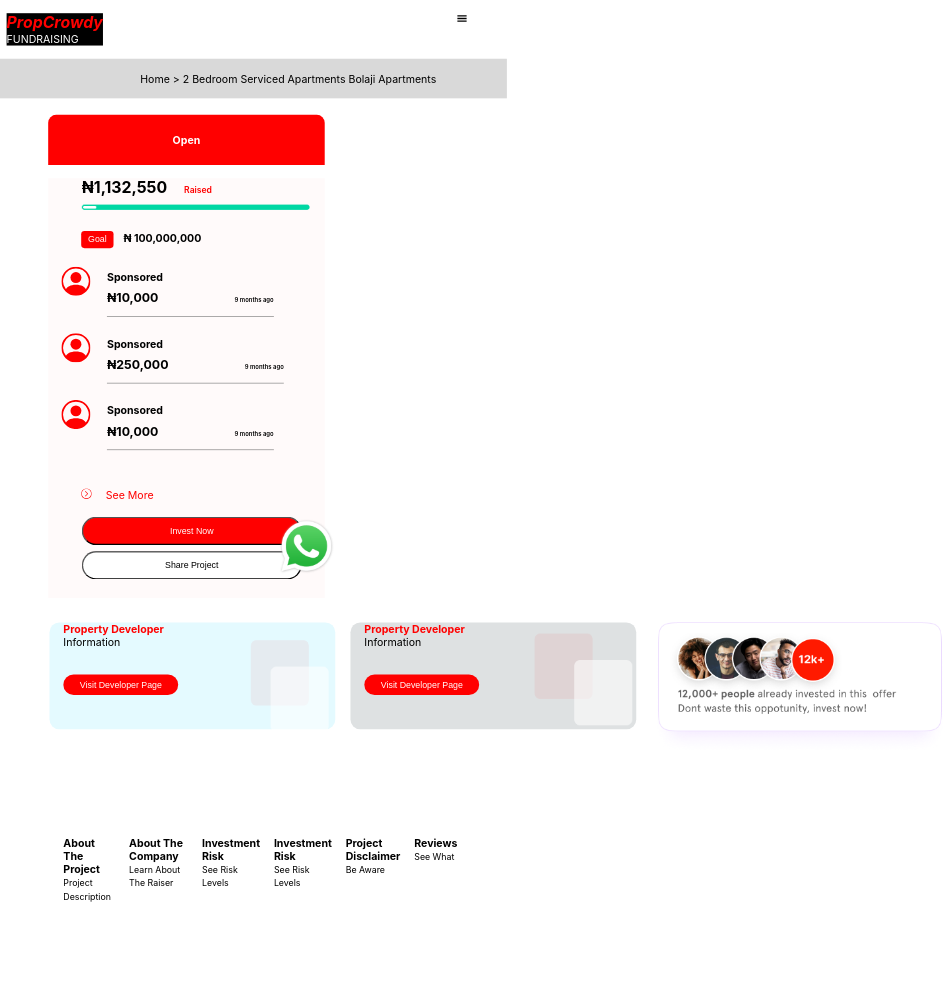
Repository: uh-sman/Popcrowdy
Page: /
The author's editor kept a copy of each file at every save. The page is drawn from the files as they stood at one save, then again after the next save.
The browser window is 768 px wide. The page is 1437 px wide, then 958 px, so the pictures cover 1437 px, including what lies to the right of the window. The pictures show the whole page, at 66% of full size.
The project was rebuilt for these pictures with package versions that can differ from the ones it lists, and the page was loaded fresh each time. Also part of the build but not shown: src/components/Section/carousel.css, src/components/Section/Carousel.js.

Above is the page before, as saved 2022-11-15 06:40:11.

After the next save:
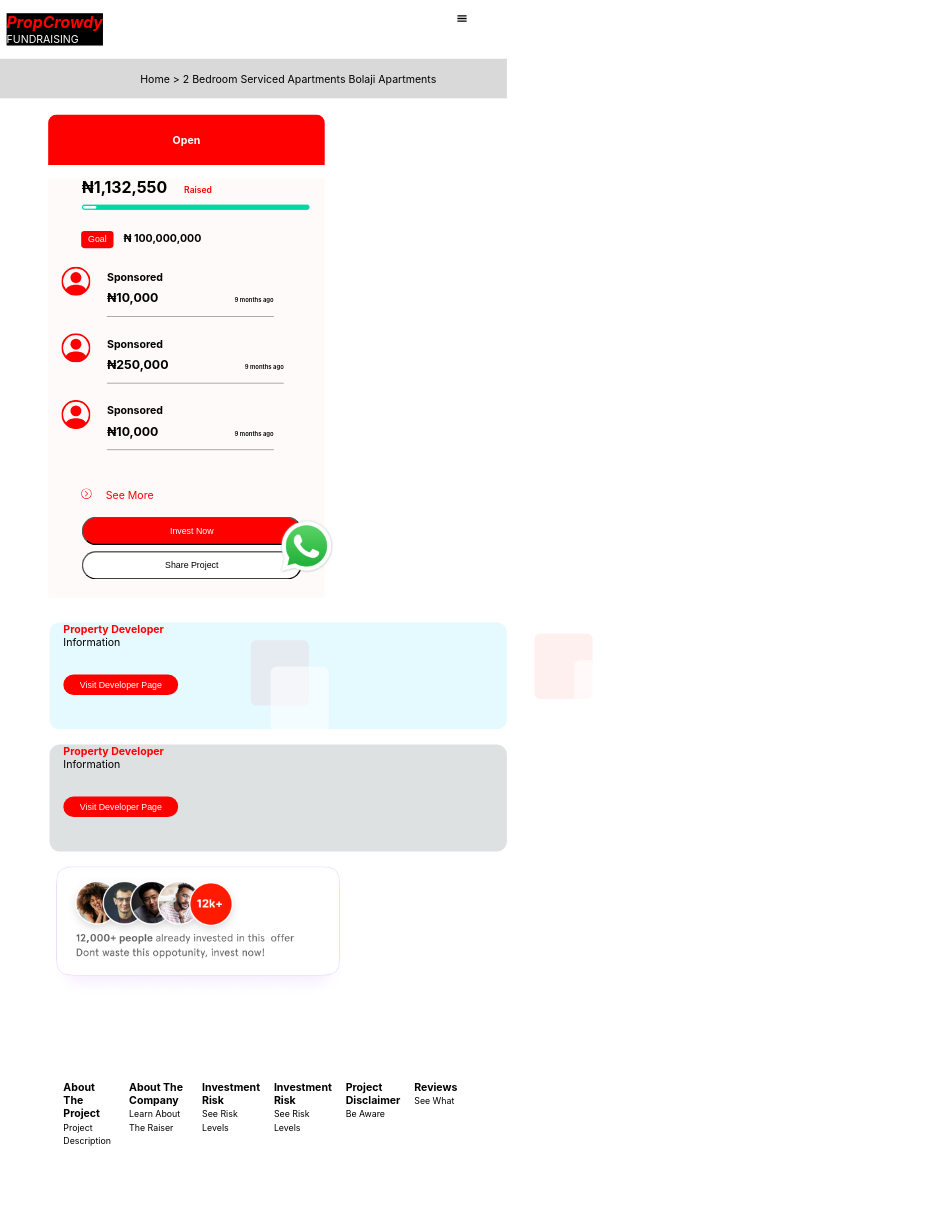
Saved 52 s later.
--- a/src/components/Section/subcard.css
+++ b/src/components/Section/subcard.css
@@ -69,6 +69,10 @@
   .group {
     display: block;
   }
+  .subcard {
+    /* display: block; */
+    flex-direction: column;
+  }
 }
 .subcard {
   display: flex;
